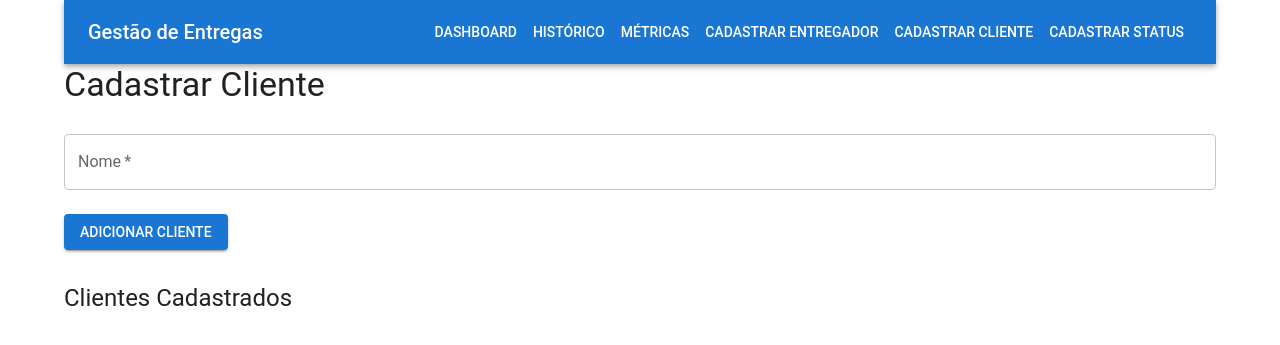
Repository: feliperanon/mobilegestao
Page: /add-cliente (app in frontend/)
The author's editor kept a copy of each file at every save. The page is drawn from the files as they stood at one save, then again after the next save.
The browser window is 1280 px wide. The pictures show the whole page.
The page's requests for data from a server got no answer. The project was rebuilt for these pictures with package versions that can differ from the ones it lists, and the page was loaded fresh each time. No one was signed in, and anything a server would have sent is missing. Also part of the build but not shown: frontend/webpack.config.js, frontend/src/pages/Home.js, frontend/src/pages/History.js, frontend/src/pages/Analysis.js, frontend/src/components/Dashboard.js, frontend/src/components/Login.js, frontend/src/components/Register.js, frontend/src/components/AddEntregador.js and 2 more.

Above is the page before, as saved 2024-07-20 20:45:07.

### frontend/public/index.html
<!-- frontend/public/index.html -->

<!DOCTYPE html>
<html lang="en">
<head>
    <meta charset="UTF-8">
    <meta name="viewport" content="width=device-width, initial-scale=1.0">
    <title>Mobile Gestão</title>
</head>
<body>
    <div id="root"></div>
</body>
</html>

### frontend/src/index.js
import React from 'react';
import { createRoot } from 'react-dom/client';
import { BrowserRouter as Router, Route, Routes } from 'react-router-dom';
import { ThemeProvider, createTheme } from '@mui/material/styles';
import CssBaseline from '@mui/material/CssBaseline';
import Home from './pages/Home';
import History from './pages/History';
import Analysis from './pages/Analysis';
import Dashboard from './components/Dashboard';
import Login from './components/Login';
import Register from './components/Register';
import AddEntregador from './components/AddEntregador';
import AddCliente from './components/AddCliente';
import AddStatus from './components/AddStatus';
import Metrics from './components/Metrics';

const theme = createTheme({
  palette: {
    primary: {
      main: '#1976d2',
    },
    secondary: {
      main: '#dc004e',
    },
  },
  typography: {
    fontFamily: 'Roboto, Arial, sans-serif',
  },
});

const container = document.getElementById('root');
const root = createRoot(container);

root.render(
  <ThemeProvider theme={theme}>
    <CssBaseline />
    <Router>
      <Routes>
        <Route path="/" element={<Home />} />
        <Route path="/login" element={<Login />} />
        <Route path="/register" element={<Register />} />
        <Route path="/dashboard" element={<Dashboard />} />
        <Route path="/history" element={<History />} />
        <Route path="/analysis" element={<Analysis />} />
        <Route path="/metrics" element={<Metrics />} />
        <Route path="/add-entregador" element={<AddEntregador />} />
        <Route path="/add-cliente" element={<AddCliente />} />
        <Route path="/add-status" element={<AddStatus />} />
      </Routes>
    </Router>
  </ThemeProvider>
);

### frontend/src/components/AddCliente.js
// frontend/src/components/AddCliente.js

import React, { useState, useEffect } from 'react';
import axios from 'axios';
import { Container, Typography, TextField, Button, Box, List, ListItem, ListItemText, IconButton } from '@mui/material';
import Navigation from './Navigation';
import EditIcon from '@mui/icons-material/Edit';
import DeleteIcon from '@mui/icons-material/Delete';
import DeactivateIcon from '@mui/icons-material/Block';

const AddCliente = () => {
  const [nome, setNome] = useState('');
  const [clientes, setClientes] = useState([]);
  const [message, setMessage] = useState('');
  const [editMode, setEditMode] = useState(false);
  const [editId, setEditId] = useState(null);

  useEffect(() => {
    const fetchClientes = async () => {
      try {
        const response = await axios.get('http://localhost:5008/api/lists/clientes');
        setClientes(response.data);
      } catch (err) {
        console.error('Erro ao buscar clientes', err);
      }
    };

    fetchClientes();
  }, []);

  const handleSubmit = async (e) => {
    e.preventDefault();
    try {
      if (editMode) {
        await axios.put(`http://localhost:5008/api/lists/clientes/${editId}`, { nome });
        setMessage('Cliente atualizado com sucesso!');
      } else {
        const response = await axios.post('http://localhost:5008/api/lists/clientes', { nome });
        setClientes([...clientes, response.data]);
        setMessage('Cliente cadastrado com sucesso!');
      }
      setNome('');
      setEditMode(false);
      setEditId(null);
    } catch (err) {
      setMessage('Erro ao adicionar/atualizar cliente. Tente novamente.');
      console.error('Erro ao adicionar/atualizar cliente', err);
    }
  };

  const handleEdit = (id, nome) => {
    setEditMode(true);
    setEditId(id);
    setNome(nome);
  };

  const handleDelete = async (id) => {
    try {
      await axios.delete(`http://localhost:5008/api/lists/clientes/${id}`);
      setClientes(clientes.filter(cliente => cliente._id !== id));
      setMessage('Cliente excluído com sucesso!');
    } catch (err) {
      setMessage('Erro ao excluir cliente. Tente novamente.');
      console.error('Erro ao excluir cliente', err);
    }
  };

  const handleDeactivate = async (id) => {
    try {
      await axios.patch(`http://localhost:5008/api/lists/clientes/${id}/deactivate`);
      setClientes(clientes.map(cliente => cliente._id === id ? { ...cliente, ativo: false } : cliente));
      setMessage('Cliente desativado com sucesso!');
    } catch (err) {
      setMessage('Erro ao desativar cliente. Tente novamente.');
      console.error('Erro ao desativar cliente', err);
    }
  };

  return (
    <Container>
      <Navigation />
      <Typography variant="h4" component="h1" gutterBottom>
        Cadastrar Cliente
      </Typography>
      <Box component="form" onSubmit={handleSubmit} sx={{ mb: 4 }}>
        <TextField
          label="Nome"
          value={nome}
          onChange={(e) => setNome(e.target.value)}
          fullWidth
          required
          margin="normal"
        />
        <Button type="submit" variant="contained" color="primary" sx={{ mt: 2 }}>
          {editMode ? 'Atualizar Cliente' : 'Adicionar Cliente'}
        </Button>
        {message && <Typography variant="body2" color="textSecondary">{message}</Typography>}
      </Box>
      <Typography variant="h5" component="h2" gutterBottom>
        Clientes Cadastrados
      </Typography>
      <List>
        {clientes.map((cliente) => (
          <ListItem key={cliente._id}>
            <ListItemText primary={cliente.nome} />
            <IconButton onClick={() => handleEdit(cliente._id, cliente.nome)}>
              <EditIcon />
            </IconButton>
            <IconButton onClick={() => handleDeactivate(cliente._id)}>
              <DeactivateIcon />
            </IconButton>
            <IconButton onClick={() => handleDelete(cliente._id)}>
              <DeleteIcon />
            </IconButton>
          </ListItem>
        ))}
      </List>
    </Container>
  );
};

export default AddCliente;

### frontend/src/components/Navigation.js
import React from 'react';
import { Link } from 'react-router-dom';
import { AppBar, Toolbar, Typography, Button } from '@mui/material';

const Navigation = () => {
  return (
    <AppBar position="static">
      <Toolbar>
        <Typography variant="h6" sx={{ flexGrow: 1 }}>
          Gestão de Entregas
        </Typography>
        <Button color="inherit" component={Link} to="/dashboard">Dashboard</Button>
        <Button color="inherit" component={Link} to="/history">Histórico</Button>
        <Button color="inherit" component={Link} to="/metrics">Métricas</Button>
        <Button color="inherit" component={Link} to="/add-entregador">Cadastrar Entregador</Button>
        <Button color="inherit" component={Link} to="/add-cliente">Cadastrar Cliente</Button>
        <Button color="inherit" component={Link} to="/add-status">Cadastrar Status</Button>
      </Toolbar>
    </AppBar>
  );
};

export default Navigation;

After the next save:
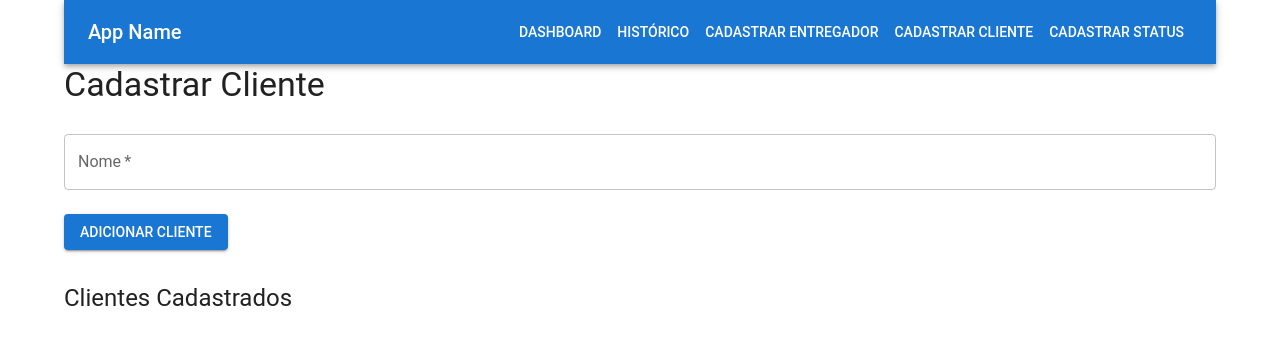
Saved 23 s later.
--- a/frontend/src/components/Navigation.js
+++ b/frontend/src/components/Navigation.js
@@ -7,11 +7,10 @@ const Navigation = () => {
     <AppBar position="static">
       <Toolbar>
         <Typography variant="h6" sx={{ flexGrow: 1 }}>
-          Gestão de Entregas
+          App Name
         </Typography>
         <Button color="inherit" component={Link} to="/dashboard">Dashboard</Button>
         <Button color="inherit" component={Link} to="/history">Histórico</Button>
-        <Button color="inherit" component={Link} to="/metrics">Métricas</Button>
         <Button color="inherit" component={Link} to="/add-entregador">Cadastrar Entregador</Button>
         <Button color="inherit" component={Link} to="/add-cliente">Cadastrar Cliente</Button>
         <Button color="inherit" component={Link} to="/add-status">Cadastrar Status</Button>
